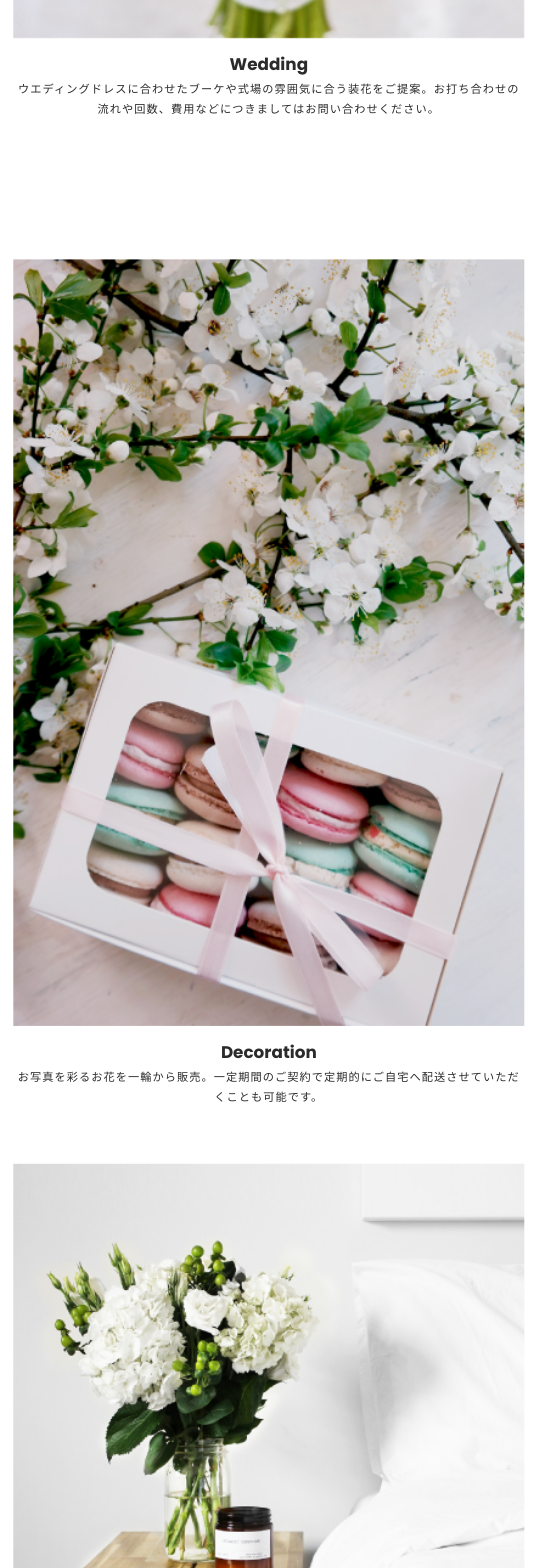
Repository: kami8ma8810/Portfolio-Findjob
Page: public/2019/Shiro/index.html
An editor plug-in stored every save of this project. The page is shown before and after the next save, followed by the edit.
The browser window is 768 px wide. The pictures show the part of the page from y = 3702 to 5942 px (the page is 8214 px tall before and 8094 px after), at 70% of full size.
Some web libraries are served in a nearby version.

Above is the page before, as saved 2019-06-19 22:39:28.

After the next save:
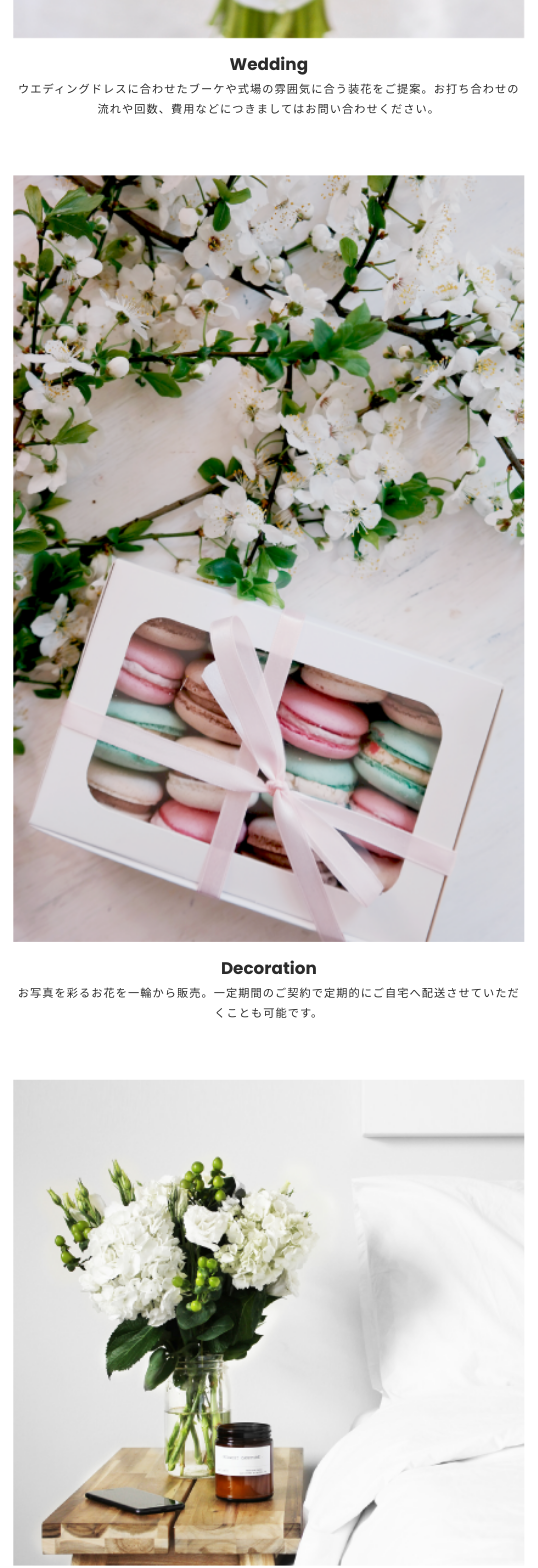
Saved 49 s later.
--- a/public/2019/Shiro/responsive.css
+++ b/public/2019/Shiro/responsive.css
@@ -13,11 +13,14 @@
     display: block;
     height: auto;
   }
-
   .work_content {
     width: 100%;
     text-align: center;
   }
+  .work_content:nth-child(3) {
+    margin-top: 0;
+  }
+
 
 }
 
